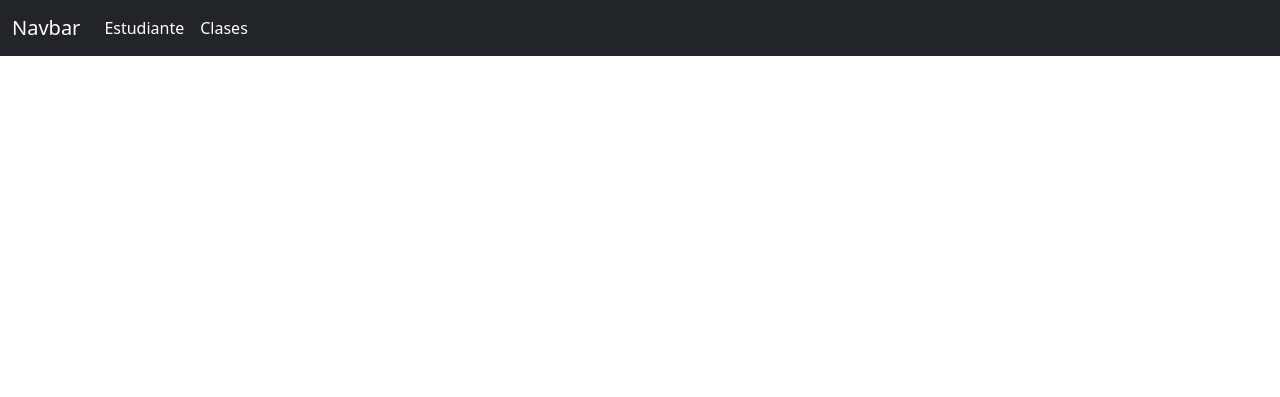
Repository: PabloTPZ/DigitalBolivia
Page: http://localhost/RegisterStudents/class.jsp
These files come from the project's save history. The page is drawn as it stood at one moment and after the next save; the edit follows.
The browser window is 1280 px wide. The pictures show the whole page.
Some web libraries are served in a nearby version. The page is served by Tomcat 9. Other server files are loaded and not shown.

Above is the page before, as saved 2021-02-05 03:12:38.

### RegisterStudents/WebContent/class.jsp
<%@ page language="java" contentType="text/html; charset=UTF-8"
    pageEncoding="UTF-8"%>
<!DOCTYPE html>
<html>
<head>
<meta charset="UTF-8">
<link href="https://cdn.jsdelivr.net/npm/bootstrap@5.0.0-beta1/dist/css/bootstrap.min.css" rel="stylesheet" integrity="sha384-giJF6kkoqNQ00vy+HMDP7azOuL0xtbfIcaT9wjKHr8RbDVddVHyTfAAsrekwKmP1" crossorigin="anonymous">
<title>Class</title>
</head>
<body>

<!-- Navigation -->
<nav class="navbar navbar-expand-lg navbar-dark bg-dark">
  <div class="container-fluid">
    <a class="navbar-brand" href="#">Navbar</a>
    <button class="navbar-toggler" type="button" data-bs-toggle="collapse" data-bs-target="#navbarSupportedContent" aria-controls="navbarSupportedContent" aria-expanded="false" aria-label="Toggle navigation">
      <span class="navbar-toggler-icon"></span>
    </button>
    <div class="collapse navbar-collapse" id="navbarSupportedContent">
      <ul class="navbar-nav me-auto mb-2 mb-lg-0">
        <li class="nav-item">
          <a class="nav-link active" aria-current="page" href="#">Estudiante</a>
        </li>
        <li class="nav-item">
          <a class="nav-link active" aria-current="page" href="#">Clases</a>
        </li>
      </ul>
    </div>
  </div>
</nav>

<script src="https://cdn.jsdelivr.net/npm/bootstrap@5.0.0-beta1/dist/js/bootstrap.bundle.min.js" integrity="sha384-ygbV9kiqUc6oa4msXn9868pTtWMgiQaeYH7/t7LECLbyPA2x65Kgf80OJFdroafW" crossorigin="anonymous"></script>
<script src="https://cdn.jsdelivr.net/npm/@popperjs/core@2.5.4/dist/umd/popper.min.js" integrity="sha384-q2kxQ16AaE6UbzuKqyBE9/u/KzioAlnx2maXQHiDX9d4/zp8Ok3f+M7DPm+Ib6IU" crossorigin="anonymous"></script>
<script src="https://cdn.jsdelivr.net/npm/bootstrap@5.0.0-beta1/dist/js/bootstrap.min.js" integrity="sha384-pQQkAEnwaBkjpqZ8RU1fF1AKtTcHJwFl3pblpTlHXybJjHpMYo79HY3hIi4NKxyj" crossorigin="anonymous"></script>
</body>
</html>

After the next save:
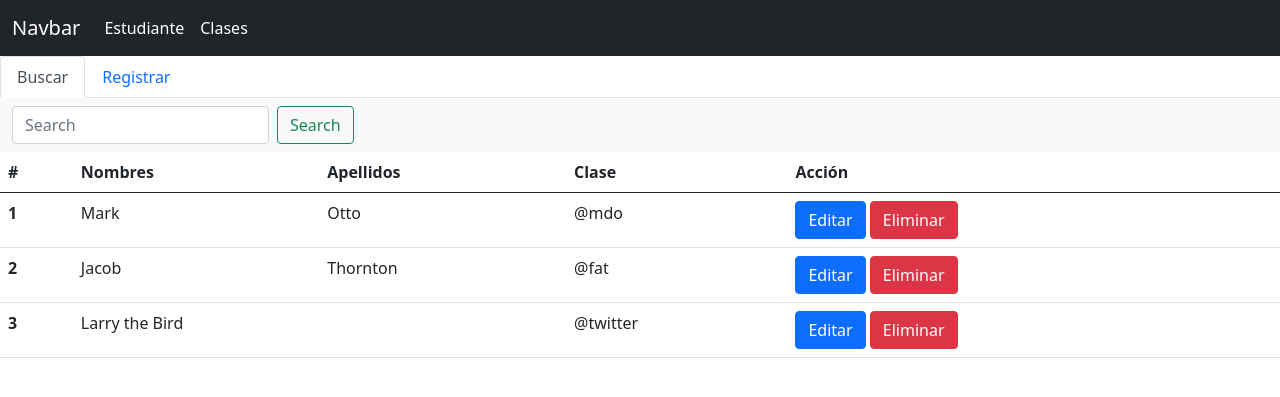
Saved 106 s later.
--- a/RegisterStudents/WebContent/class.jsp
+++ b/RegisterStudents/WebContent/class.jsp
@@ -29,6 +29,100 @@
   </div>
 </nav>
 
+<div class="constainer">
+<ul class="nav nav-tabs" id="myTab" role="tablist">
+  <li class="nav-item" role="presentation">
+    <a class="nav-link active" id="home-tab" data-bs-toggle="tab" href="#home" role="tab" aria-controls="home" aria-selected="true">Buscar</a>
+  </li>
+  <li class="nav-item" role="presentation">
+    <a class="nav-link" id="profile-tab" data-bs-toggle="tab" href="#profile" role="tab" aria-controls="profile" aria-selected="false">Registrar</a>
+  </li>
+</ul>
+<div class="tab-content" id="myTabContent">
+<!-- Busqueda de estudiante -->
+<div class="tab-pane fade show active" id="home" role="tabpanel" aria-labelledby="home-tab">
+ <nav class="navbar navbar-light bg-light">
+  <div class="container-fluid">
+    <form class="d-flex">
+      <input class="form-control me-2" type="search" placeholder="Search" aria-label="Search">
+      <button class="btn btn-outline-success" type="submit">Search</button>
+    </form>
+  </div>
+</nav>
+<table class="table">
+  <thead>
+    <tr>
+      <th scope="col">#</th>
+      <th scope="col">Nombres</th>
+      <th scope="col">Apellidos</th>
+      <th scope="col">Clase</th>
+      <th scope="col">Acción</th>
+    </tr>
+  </thead>
+  <tbody>
+    <tr>
+      <th scope="row">1</th>
+      <td>Mark</td>
+      <td>Otto</td>
+      <td>@mdo</td>
+      <td>
+      <button type="button" class="btn btn-primary">Editar</button>
+	  <button type="button" class="btn btn-danger">Eliminar</button>
+	  </td>
+    </tr>
+    <tr>
+      <th scope="row">2</th>
+      <td>Jacob</td>
+      <td>Thornton</td>
+      <td>@fat</td>
+      <td>
+      <button type="button" class="btn btn-primary">Editar</button>
+	  <button type="button" class="btn btn-danger">Eliminar</button>
+	  </td>
+    </tr>
+    <tr>
+      <th scope="row">3</th>
+      <td colspan="2">Larry the Bird</td>
+      <td>@twitter</td>
+      <td>
+      <button type="button" class="btn btn-primary">Editar</button>
+	  <button type="button" class="btn btn-danger">Eliminar</button>
+      </td>
+    </tr>
+  </tbody>
+</table>
+ </div>
+
+<!-- Registro de estudiante -->
+  <div class="tab-pane fade" id="profile" role="tabpanel" aria-labelledby="profile-tab">
+  <div class="container-fluid">
+  	<form>
+  <div class="mb-3">
+    <label for="exampleInputEmail1" class="form-label">Nombres</label>
+    <input type="text" class="form-control" id="exampleInputEmail1" aria-describedby="emailHelp">
+  </div>
+  <div class="mb-3">
+    <label for="exampleInputPassword1" class="form-label">Apellidos</label>
+    <input type="text" class="form-control" id="exampleInputPassword1">
+  </div>
+  <div class="mb-3">
+    <label for="exampleInputPassword1" class="form-label">Asignar materia</label>
+  	<select class="form-select form-select-lg mb-3" aria-label=".form-select-lg example">
+  <option selected>Open this select menu</option>
+  <option value="1">One</option>
+  <option value="2">Two</option>
+  <option value="3">Three</option>
+</select>
+  </div>
+  <button type="submit" class="btn btn-primary">Registrar</button>
+</form>
+  </div>
+  </div>
+</div>
+</div>
+
+
+
 <script src="https://cdn.jsdelivr.net/npm/bootstrap@5.0.0-beta1/dist/js/bootstrap.bundle.min.js" integrity="sha384-ygbV9kiqUc6oa4msXn9868pTtWMgiQaeYH7/t7LECLbyPA2x65Kgf80OJFdroafW" crossorigin="anonymous"></script>
 <script src="https://cdn.jsdelivr.net/npm/@popperjs/core@2.5.4/dist/umd/popper.min.js" integrity="sha384-q2kxQ16AaE6UbzuKqyBE9/u/KzioAlnx2maXQHiDX9d4/zp8Ok3f+M7DPm+Ib6IU" crossorigin="anonymous"></script>
 <script src="https://cdn.jsdelivr.net/npm/bootstrap@5.0.0-beta1/dist/js/bootstrap.min.js" integrity="sha384-pQQkAEnwaBkjpqZ8RU1fF1AKtTcHJwFl3pblpTlHXybJjHpMYo79HY3hIi4NKxyj" crossorigin="anonymous"></script>
